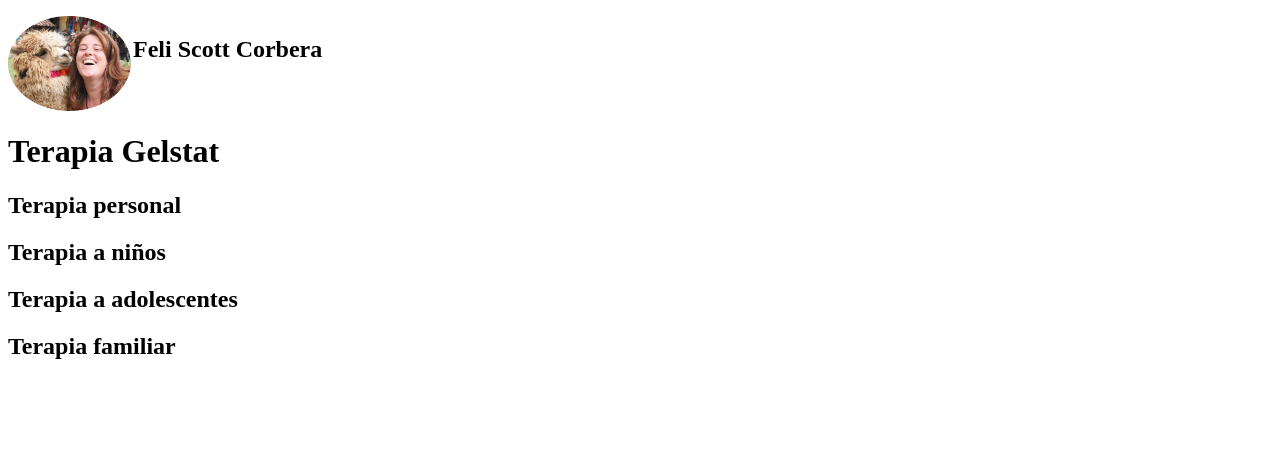
Repository: Jogalso/webPsicologa
Page: /
An editor plug-in stored every save of this project. The page is shown before and after the next save, followed by the edit.
The browser window is 1280 px wide. The pictures show the whole page.
The project was rebuilt for these pictures with package versions that can differ from the ones it lists, and the page was loaded fresh each time. Some packages were replaced by stand-ins written for this rebuild. The framework's server and built-in components were replaced by stand-ins that run in the browser.

Above is the page before, as saved 2021-07-12 11:49:55.

### pages/index.js
import React from 'react'
import Layout from '../components/Layout'
import Contenido from '../components/Contenido'

export default function index() {
    return (
        <div>
            <Layout>
                <Contenido />
            </Layout>
        </div>
    )
}

### components/Layout.js
('use strict')
import Link from 'next/link';
import Head from 'next/head';
import React from 'react'

function Layout(props) {
    const {children, title} = props;
    return <div>
    <Head >
    <title>Terapia Gestalt: {title}</title>
        <meta name="viewport" content="width=device-width, initial-scale=1"></meta>
    </Head>
    {/* <header>
    <Link href={vuelta} activeClassName="active">
                <a className="headerLink">
                    <img className="header_Img" src="../imagenes/back.png" />
                </a>
            </Link>
    <Link href="/">
                <a className="headerLink">
                <img  className="header_Img" src="../imagenes/home.png" />
                </a>
    </Link>

    </header> */}
        {children}
    <style jsx>
    {`
    header{
     background: #844685;
     padding: 15px;
     text-align: center;
    }
    header a{
        color: #faf4ff;
        text-decoration: none;
        borderColor: #f3c623;
    }
    `}
    </style>
    <style jsx global>
        { `
           header{
               body: #fff;
               background:white;
               font-family: system-ui;
           }
        `}
    </style>
</div>
}

export default Layout

### components/Contenido.js
import React from 'react'

export default function Contenido() {
    return (
        <div>
            <p className="InfoTerapetua">
                <img className="InfoTerapetua__img" src="../imagenes/principal.png" />
                <h2>Feli Scott Corbera</h2>
            </p>
            <p className="Terapias">
            <h1>Terapia Gelstat</h1>
            <p></p>
            <h2>Terapia personal</h2>
            <h2>Terapia a niños</h2>
            <h2>Terapia a adolescentes</h2>
            <h2>Terapia familiar</h2></p>

            <style>
                {`
                    .InfoTerapetua{
                        display: flex;
                    }
                    .InfoTerapetua__img{
                        height: 6em;
                        width: auto;
                    }
                `}
            </style>
        </div>
    )
}

After the next save:
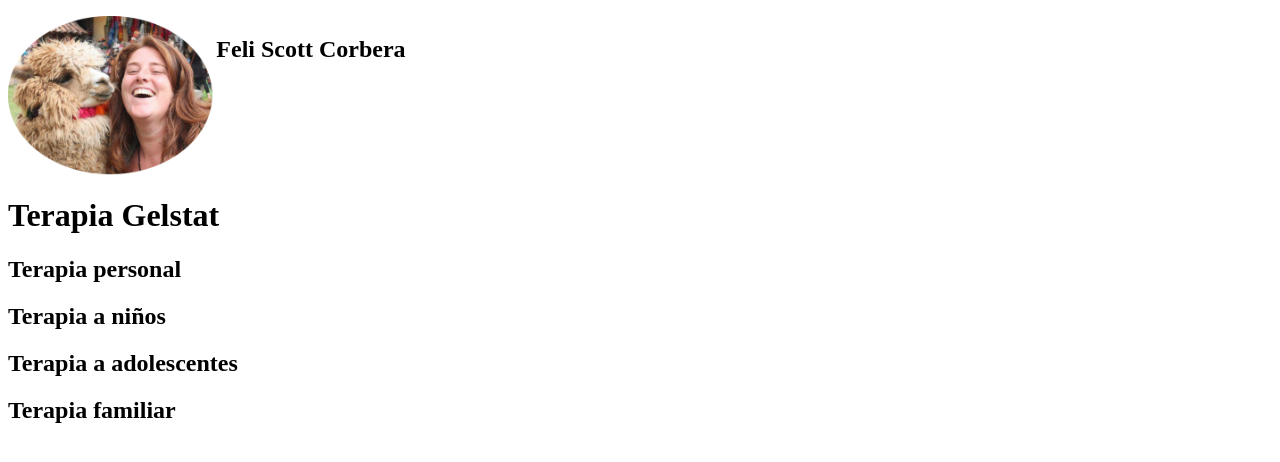
Saved 11 s later.
--- a/components/Contenido.js
+++ b/components/Contenido.js
@@ -21,7 +21,7 @@ export default function Contenido() {
                         display: flex;
                     }
                     .InfoTerapetua__img{
-                        height: 6em;
+                        height: 10em;
                         width: auto;
                     }
                 `}
